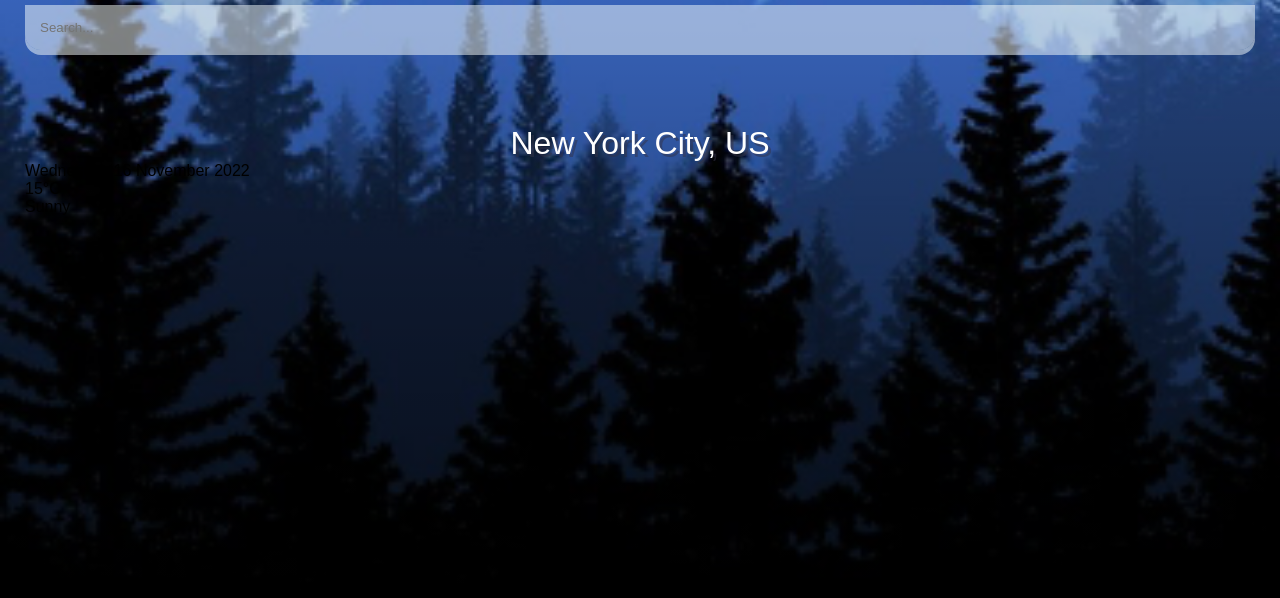
Repository: azizdeghais/Weather-App
Page: /
The author's editor kept a copy of each file at every save. The page is drawn from the files as they stood at one save, then again after the next save.
The browser window is 1280 px wide. The pictures show the whole page.
The project was rebuilt for these pictures with package versions that can differ from the ones it lists, and the page was loaded fresh each time.

Above is the page before, as saved 2022-11-16 14:01:55.

### src/index.css
*{
  margin: 0;
  padding: 0;
  box-sizing: border-box;
}
body{
  font-family: 'Monsteratt',sans-serif;
}
.app{
  background-image: url('./assets/cold-bg.jpg') ;
  background-size: cover;
  background-position: bottom;
  transition: 0.4 ease-out;
}
.app.warm{
  background-image: url('./assets/warm-bg.jpg');

}
main{
  min-height: 100vh;
  background-image: linear-gradient(to bottom ,rgba(0,0,0,0.2),rgba(0,0,0,0.75));
  padding: 25px;
}
.search-box{
  width: 100%;
  margin: 0 0 75px;
}

.search-box .search-bar{
  display: block;
  width:100%;
  padding:15px;

  appearance: none;
  background:none;
  border:none;
  outline:none;
box-shadow: 0px 5px rgba(250, 255, 255, 0.5);
  background-color: rgba(250, 255, 255, 0.5);
  border-radius: 0px 0px 16px 16px;
  margin-top: -20px;
  transition: 0.4s ease;

}
.search-box .search-bar:focus{
  background-color: rgba(255, 255, 255, 0.75);
}
.location-box .location{
  color: white;
  font-size: 32px;
  font-weight: 500;
  text-align: center;
  text-shadow: 3px 3px rgba(50,50,70,0.5);
}

### src/App.js
import React from "react";

const API = {
  key: "7c4092d79abc60f9232f47c267983d56",
  link: "http://api.openweathermap.org/data/2.5/forecast?id=524901&appid=",
};

function App() {

  const dateBuilder=(d)=>{
    let months = ["January", "February", "March", "April", "May", "June", "July", "August", "September", "October", "November", "December"];
    let days = ["Sunday", "Monday", "Tuesday", "Wednesday", "Thursday", "Friday", "Saturday"];

    let day= days[d.getDay()];
    let date=d.getDate();
    let month=months[d.getMonth()];
    let year= d.getFullYear();

    return `${day} ${date} ${month} ${year}`


  }
  return (
    <div className="app">
      <main>
        <div className="search-box">
          <input type="text" placeholder="Search..." className="search-bar" />
        </div>
        <div className="location-box">
<div className="location">New York City, US</div>
<div className="date">{dateBuilder(new Date())}</div>
        </div>
        <div className="temp">
          15°C
        </div>
        <div className="weater">
          Sunny
        </div>
      </main>
    </div>
  );
}

export default App;

Loaded but not shown: public/index.html (common file); src/index.js (common file)

After the next save:
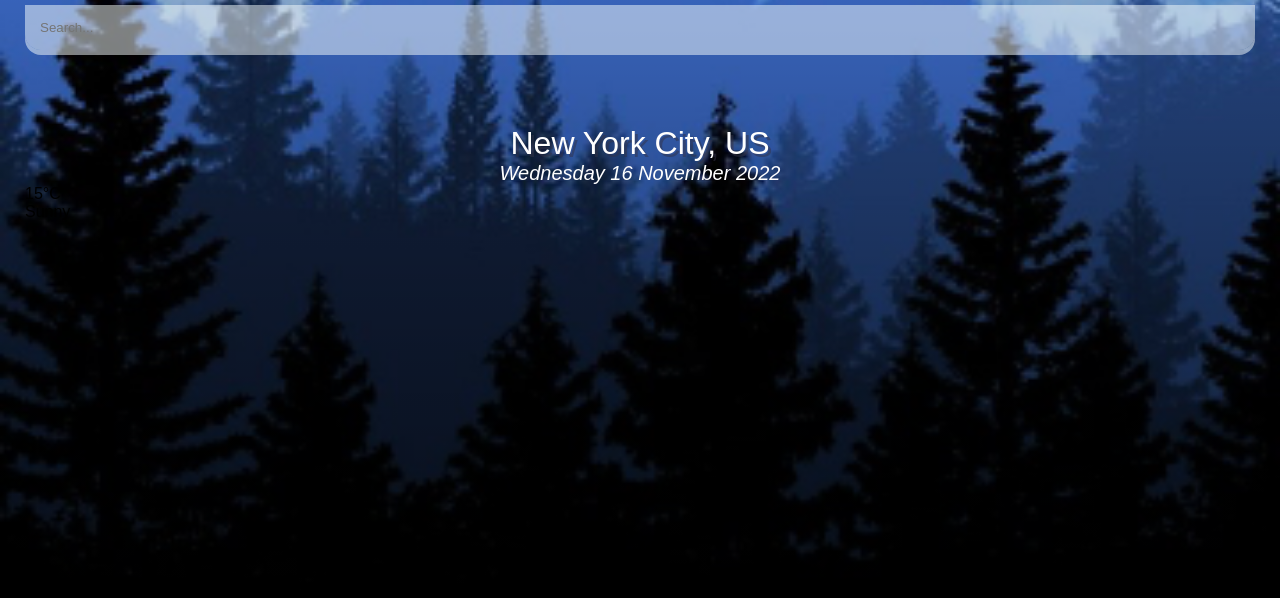
Saved 25 s later.
--- a/src/index.css
+++ b/src/index.css
@@ -52,3 +52,10 @@ box-shadow: 0px 5px rgba(250, 255, 255, 0.5);
   text-align: center;
   text-shadow: 3px 3px rgba(50,50,70,0.5);
 }
+.location-box .date{
+  color: white;
+  font-size: 20px;
+  font-weight: 300;
+  font-style: italic;
+  text-align: center;
+}
